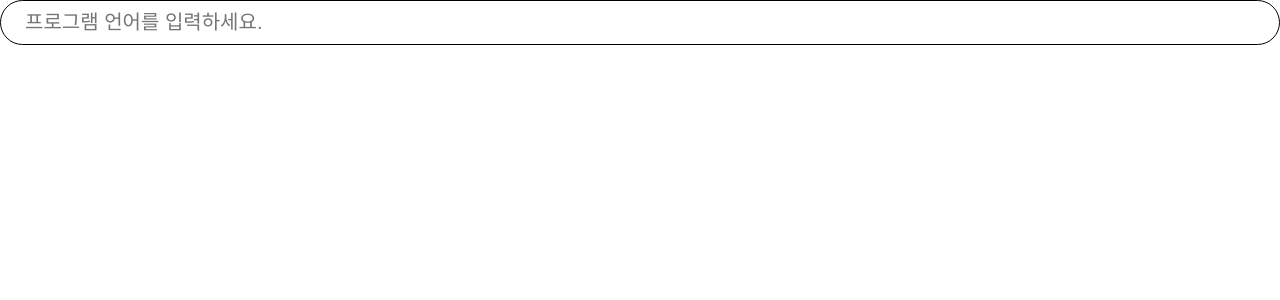
Repository: seojunhee/toy-projects
Page: / (app in test/test/)
These files come from the project's save history. The page is drawn as it stood at one moment and after the next save; the edit follows.
The browser window is 1280 px wide. The pictures show the whole page.
The project was rebuilt for these pictures with package versions that can differ from the ones it lists, and the page was loaded fresh each time.

Above is the page before, as saved 2023-03-21 23:27:01.

### test/test/src/App.js
import './App.css';

function App() {

  return (
    <div className="App">
       <input class="SearchInput__input" type="text" placeholder="프로그램 언어를 입력하세요."/>
    </div>
  );
}

export default App;

### test/test/src/App.css
* {
  box-sizing: border-box;
}

ul {
  padding: 0;
  margin: 0;
}

li {
  list-style: none;
}

html, body {
  width: 100%;
  height: 100%;
  margin: 0;
}

.App {
  display: flex;
  flex-direction: column;
  position: relative;
  height: 100%;
  justify-content: center;
  align-items: center;
}

.SearchInput {
  width: 300px;
}

.SearchInput__input {
  width: 100%;
  border: 1px solid black;
  border-radius: 24px;
  padding: 10px 24px;
  font-size: 20px
}

.Suggestion {
  position: absolute;
  font-size: 20px;
  width: 300px;
  top: 50%;
  z-index: 1;
  padding: 10px;
  border-radius: 24px;
  border: 1px solid black;

}

.Suggestion ul {
  width: 100%;
}

.Suggestion li {
  padding: 10px;
  cursor: pointer;
  width: 100%;
}

.Suggestion li:hover {
  background-color: #90CDF4;
}

.Suggestion__item--selected {
  background-color: #BEE3F8;
}

.Suggestion__item--matched {
  background-color: #9AE6B4;
}

.SelectedLanguage {
  display: flex;
  justify-content: center;
  margin: 0 auto;
  flex-wrap: nowrap;
  width: 800px;
  height: 37.5px;
  margin-top: -100px;
  margin-bottom: 10px;

}

.SelectedLanguage li {
  display: inline-block;
  padding: 8px;
  border: 1px solid #ccc;
  border-radius: 8px;
  max-width: 100px;
  overflow:hidden;
  text-overflow:ellipsis;
  white-space:nowrap;
}

Loaded but not shown: test/test/public/index.html (common file); test/test/src/index.js (common file); test/test/src/index.css (common file)

After the next save:
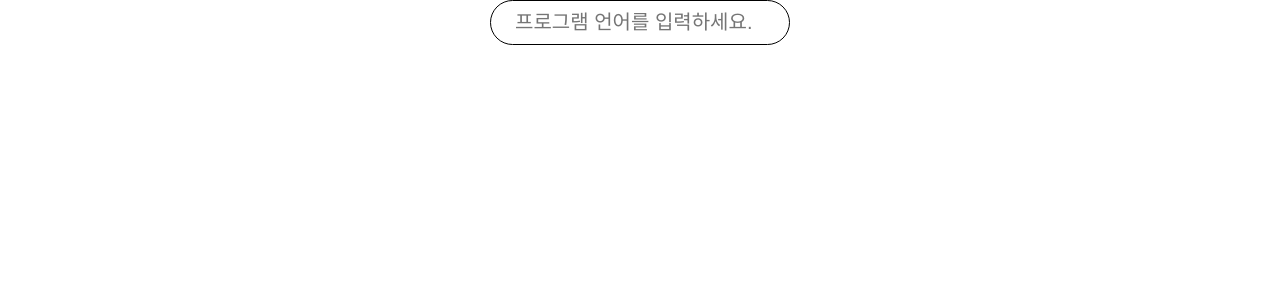
Saved 3 min 42 s later.
--- a/test/test/src/App.css
+++ b/test/test/src/App.css
@@ -31,7 +31,7 @@ html, body {
 }
 
 .SearchInput__input {
-  width: 100%;
+  width: 300px;
   border: 1px solid black;
   border-radius: 24px;
   padding: 10px 24px;
